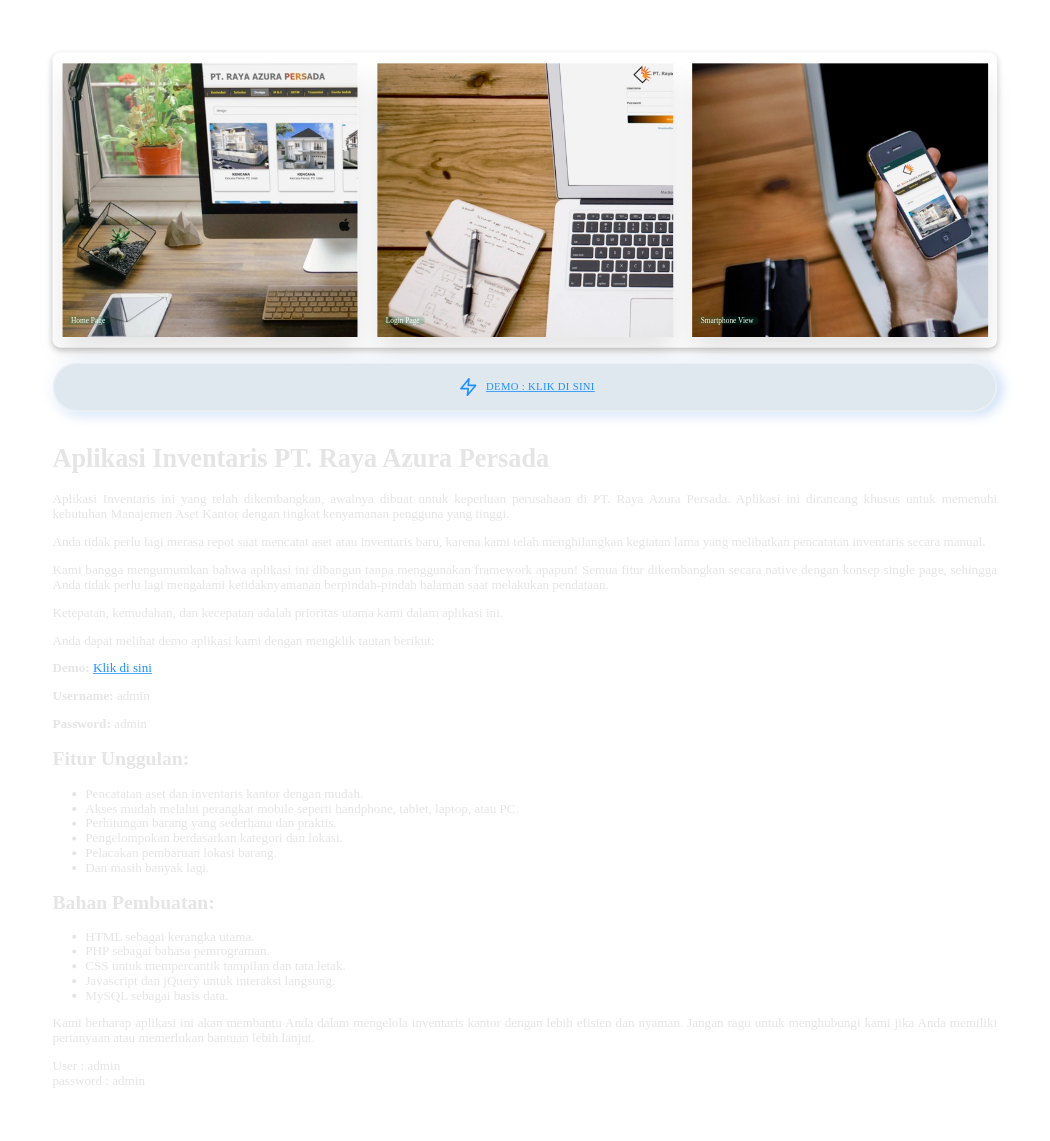
Repository: yusup-maulana/yusup-maulana.github.io
Page: portofolio-inventarisRAP.html
An editor plug-in stored every save of this project. The page is shown before and after the next save, followed by the edit.
The browser window is 1280 px wide. The pictures show the whole page, at 82% of full size.
Some web fonts or font styles are not loaded; a fallback is used.

Above is the page before, as saved 2023-10-07 01:05:37.

After the next save:
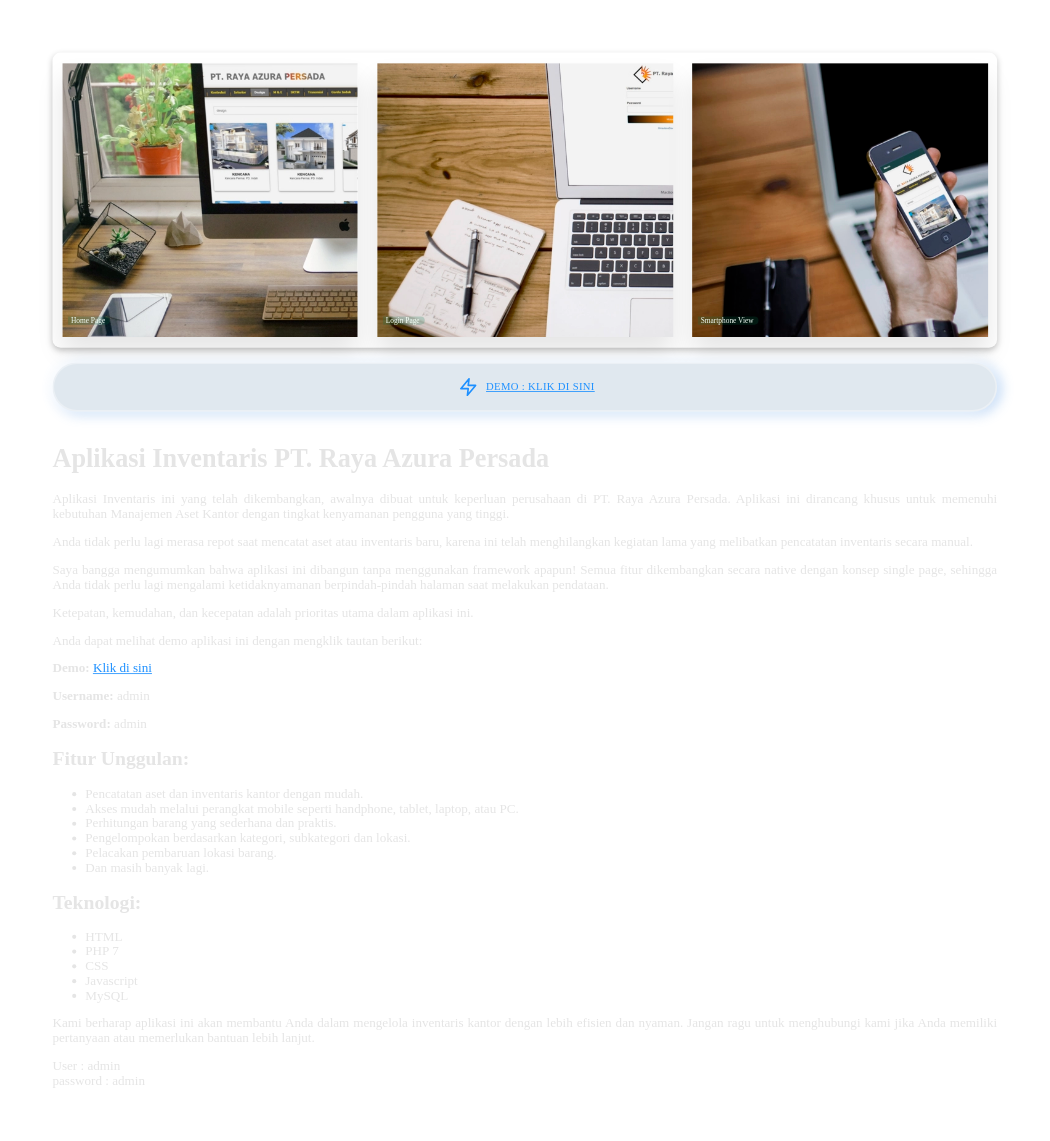
Saved 89 s later.
--- a/portofolio-inventarisRAP.html
+++ b/portofolio-inventarisRAP.html
@@ -179,23 +179,23 @@
 
   <p>
     Anda tidak perlu lagi merasa repot saat mencatat aset atau inventaris baru,
-    karena kami telah menghilangkan kegiatan lama yang melibatkan pencatatan
+    karena ini telah menghilangkan kegiatan lama yang melibatkan pencatatan
     inventaris secara manual.
   </p>
 
   <p>
-    Kami bangga mengumumkan bahwa aplikasi ini dibangun tanpa menggunakan
+    Saya bangga mengumumkan bahwa aplikasi ini dibangun tanpa menggunakan
     framework apapun! Semua fitur dikembangkan secara native dengan konsep
     single page, sehingga Anda tidak perlu lagi mengalami ketidaknyamanan
     berpindah-pindah halaman saat melakukan pendataan.
   </p>
 
   <p>
-    Ketepatan, kemudahan, dan kecepatan adalah prioritas utama kami dalam
-    aplikasi ini.
-  </p>
-
-  <p>Anda dapat melihat demo aplikasi kami dengan mengklik tautan berikut:</p>
+    Ketepatan, kemudahan, dan kecepatan adalah prioritas utama dalam aplikasi
+    ini.
+  </p>
+
+  <p>Anda dapat melihat demo aplikasi ini dengan mengklik tautan berikut:</p>
   <p><strong>Demo:</strong> <a href="link-demo">Klik di sini</a></p>
   <p><strong>Username:</strong> admin</p>
   <p><strong>Password:</strong> admin</p>
@@ -208,18 +208,18 @@
       atau PC.
     </li>
     <li>Perhitungan barang yang sederhana dan praktis.</li>
-    <li>Pengelompokan berdasarkan kategori dan lokasi.</li>
+    <li>Pengelompokan berdasarkan kategori, subkategori dan lokasi.</li>
     <li>Pelacakan pembaruan lokasi barang.</li>
     <li>Dan masih banyak lagi.</li>
   </ul>
 
-  <h2>Bahan Pembuatan:</h2>
+  <h2>Teknologi:</h2>
   <ul>
-    <li>HTML sebagai kerangka utama.</li>
-    <li>PHP sebagai bahasa pemrograman.</li>
-    <li>CSS untuk mempercantik tampilan dan tata letak.</li>
-    <li>Javascript dan jQuery untuk interaksi langsung.</li>
-    <li>MySQL sebagai basis data.</li>
+    <li>HTML</li>
+    <li>PHP 7</li>
+    <li>CSS</li>
+    <li>Javascript</li>
+    <li>MySQL</li>
   </ul>
 
   <p>
